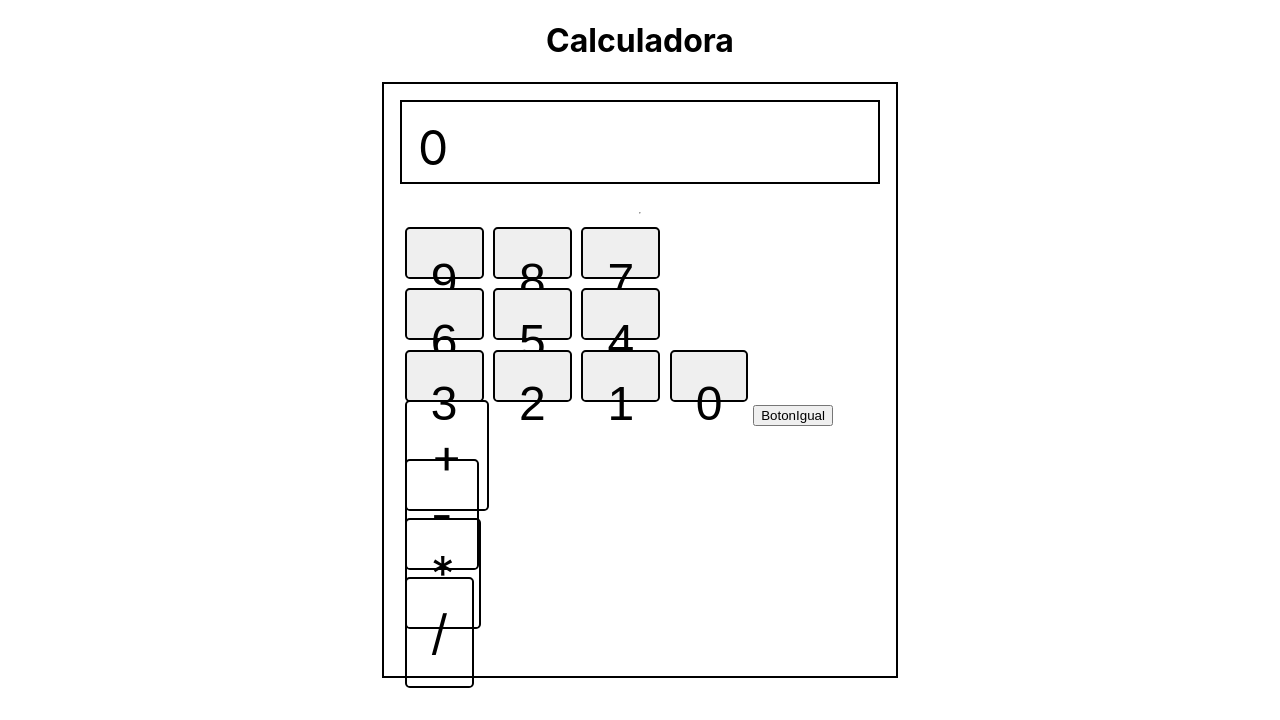
Repository: yamaka/curso-react-febrero-2022
Page: /
These files come from the project's save history. The page is drawn as it stood at one moment and after the next save; the edit follows.
The browser window is 1280 px wide. The pictures show the whole page.
The project was rebuilt for these pictures with package versions that can differ from the ones it lists, and the page was loaded fresh each time. Also part of the build but not shown: src/App.css, src/components/Zanahoria/Zanahoria.css, src/components/Zanahoria/Zanahoria.js, src/components/Zanahorias/Zanahorias.js, src/components/Lechuga/Lechuga.css, src/components/Lechuga/Lechuga.js, src/components/Calculadora/Calculadora.css, src/components/Calculadora/Calculadora.js and 3 more.

Above is the page before, as saved 2022-03-02 18:35:57.

After the next save:
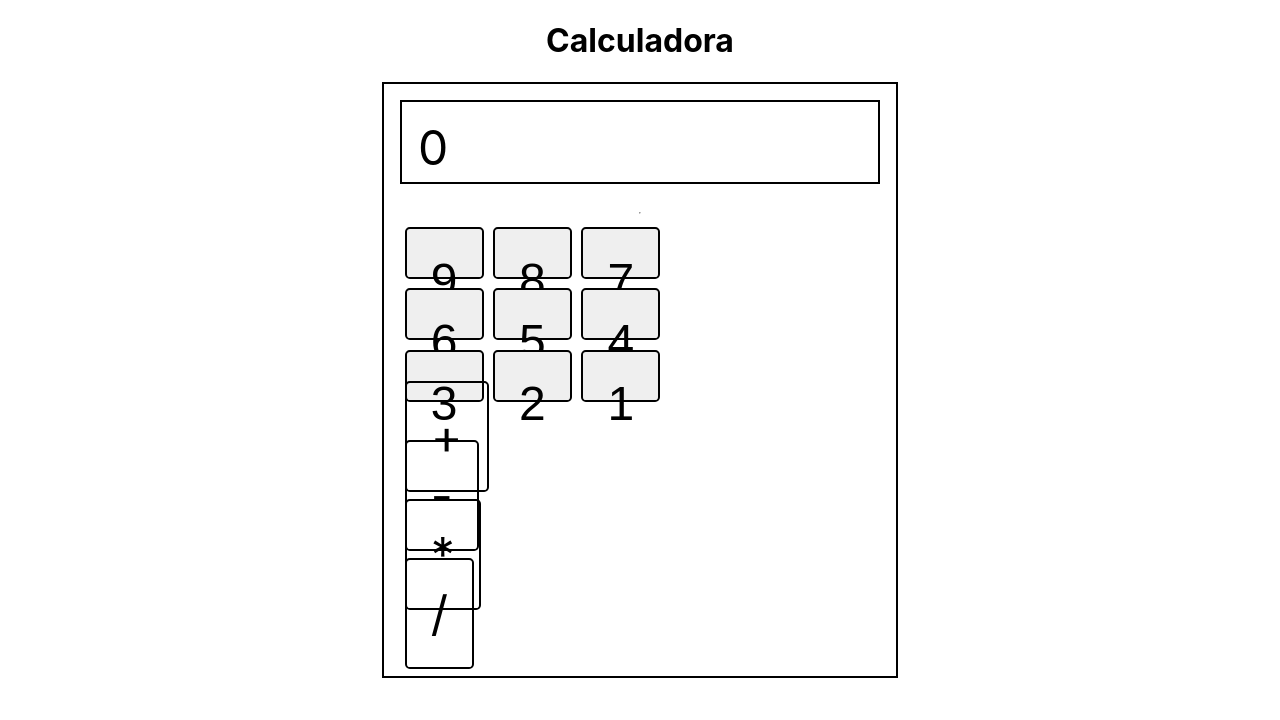
Saved 98 s later.
--- a/src/hooks/Calculadora/Calculadora.js
+++ b/src/hooks/Calculadora/Calculadora.js
@@ -72,10 +72,10 @@ const Calculadora = () => {
               <BotonNumerico value="2" onPress={onPressNumerico} />
               <BotonNumerico value="1" onPress={onPressNumerico} />
 
-              <div>
+              {/* <div>
                 <BotonNumerico value="0" onPress={onPressNumerico} />
                 <BotonIgual onPress={calcular} />
-              </div>
+              </div> */}
             </div>
           </div>
           <div
